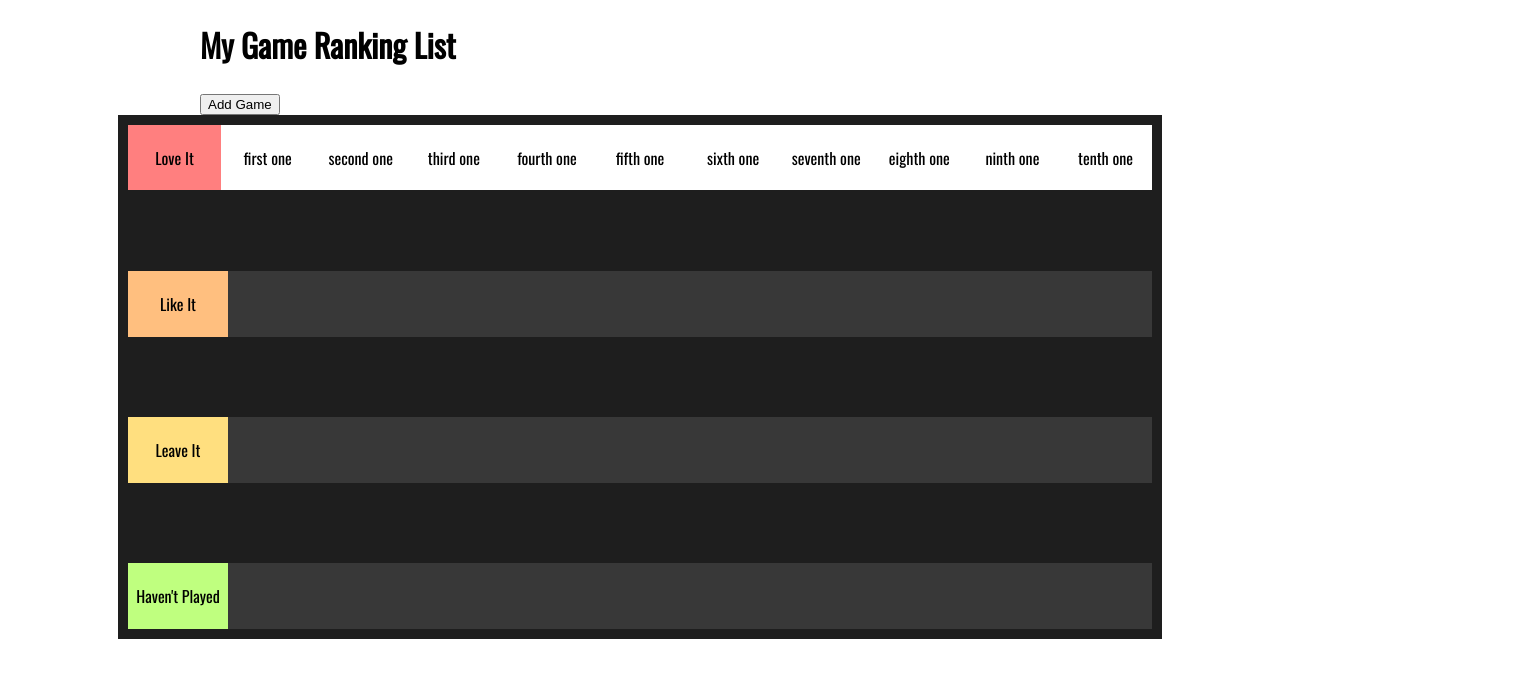
Repository: akiachenise/akiachenise.github.io
Page: JackboxGames_TierList_vanilla/index.html
These files come from the project's save history. The page is drawn as it stood at one moment and after the next save; the edit follows.
The browser window is 1280 px wide. The page is 1480 px wide, then 1530 px, so the pictures cover 1530 px, including what lies to the right of the window. The pictures show the whole page.

Above is the page before, as saved 2022-11-26 16:31:29.

After the next save:
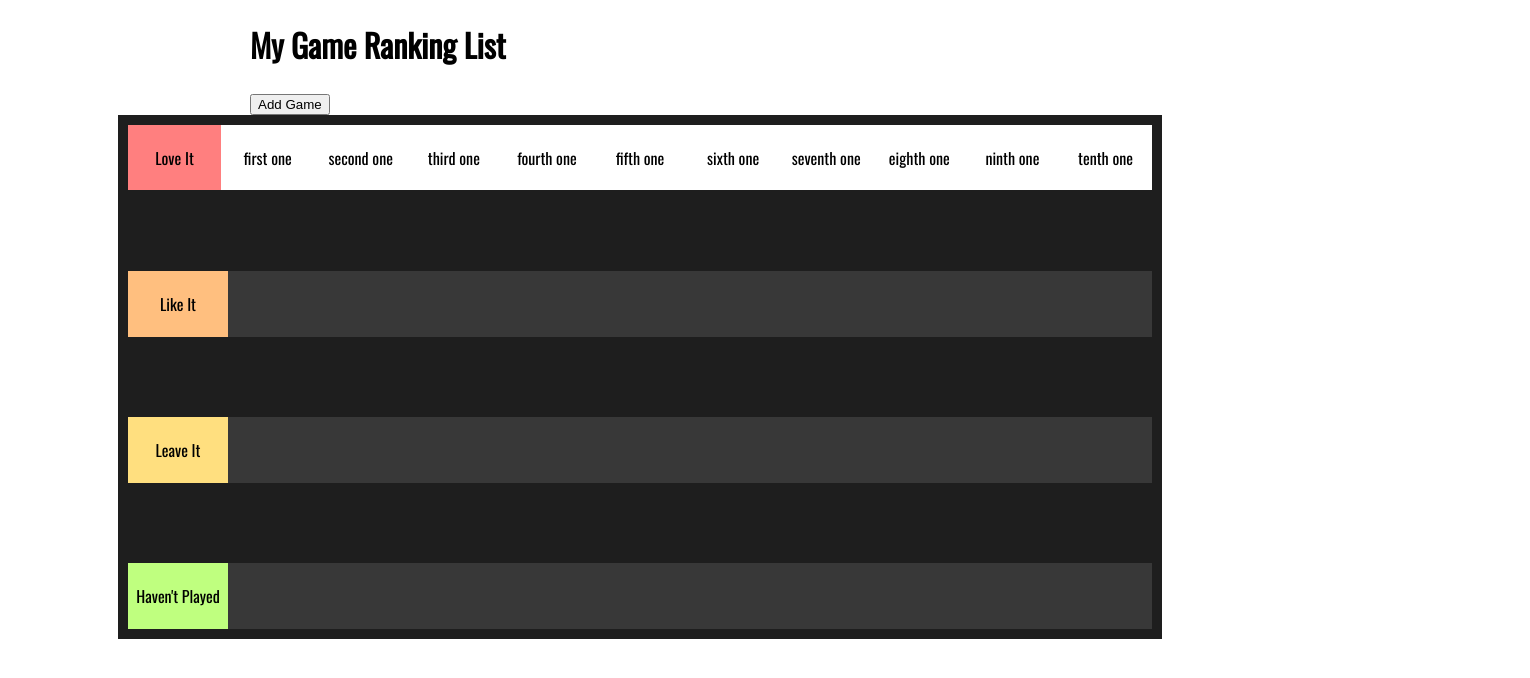
Saved 19 s later.
--- a/JackboxGames_TierList_vanilla/css/stylesheet.css
+++ b/JackboxGames_TierList_vanilla/css/stylesheet.css
@@ -11,7 +11,7 @@ body {
     display: block;
     width: 100vw;
     align-items: center;
-    padding-left: 400px;
+    padding-left: 500px;
 
 }
 
